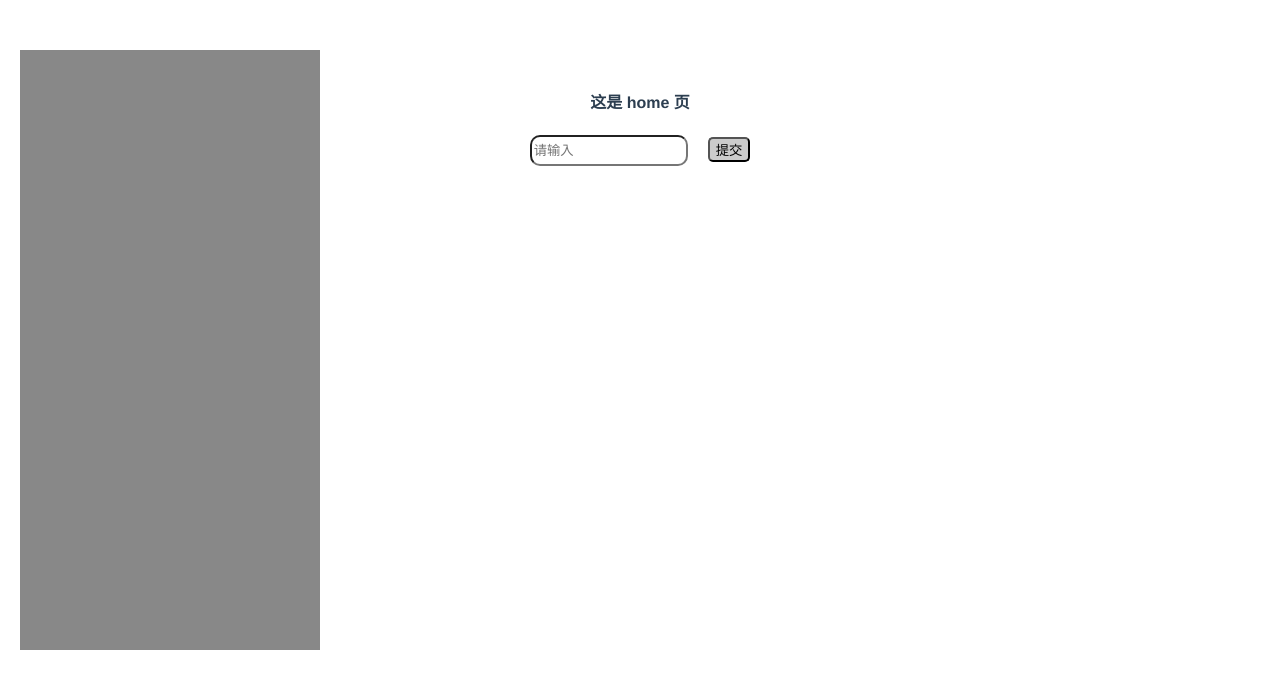
Repository: z-xy-git/demofirst
Page: /
An editor plug-in stored every save of this project. The page is shown before and after the next save, followed by the edit.
The browser window is 1280 px wide. The pictures show the whole page.
The project was rebuilt for these pictures with package versions that can differ from the ones it lists, and the page was loaded fresh each time.

Above is the page before, as saved 2021-02-25 11:34:58.

### src/App.vue
<template>
  <div id="app">
    <div id="nav">
    </div>
    <router-view/>
  </div>
</template>

<style>
#app {
  font-family: Avenir, Helvetica, Arial, sans-serif;
  -webkit-font-smoothing: antialiased;
  -moz-osx-font-smoothing: grayscale;
  text-align: center;
  color: #2c3e50;
}

#nav {
  padding: 30px;
}

#nav a {
  font-weight: bold;
  color: #2c3e50;
}

#nav a.router-link-exact-active {
  color: #42b983;
}
</style>

### src/views/Home.vue
<template>
  <div class="home">
    <h4>这是 home 页</h4>
    <input type="text" v-model="inputData" placeholder="请输入" class="input-style">
    <button @click="btnclick" class="btn-style">提交</button>

    <div class="show-data">
      <p class="p" v-for="(item) in inputDataArr" :key="item">{{item}}</p>
    </div>
  </div>
</template>

<script>
// @ is an alias to /src

export default {
  name: 'Home',
  components: {
  },
  data(){
    return{
      inputData: '',
      inputDataArr: []
    }
  },
  methods:{
    btnclick() {
      // this.$router.push('/about');
      console.log(this.inputData);
      // this.$el.querySelector('.p').innerHTML = this.inputData;
      this.inputDataArr.push(this.inputData);
    }
  }
}
</script>
<style>
  .input-style{
    margin-right: 20px;
    outline: none;
    border-radius: 10px;
    width: 150px;
    height: 25px;
  }
  .btn-style{
    outline: none;
    border-radius: 5px;
    background-color: #ccc;
  }
  .show-data{
    position: absolute;
    left: 20px;
    top: 50px;
    width: 300px;
    height: 600px;
    background-color: #888;
    color: #fff;
  }
</style>

Loaded but not shown: public/index.html (common file); src/main.js (common file); src/router/index.js (common file); src/store/index.js (common file)

After the next save:
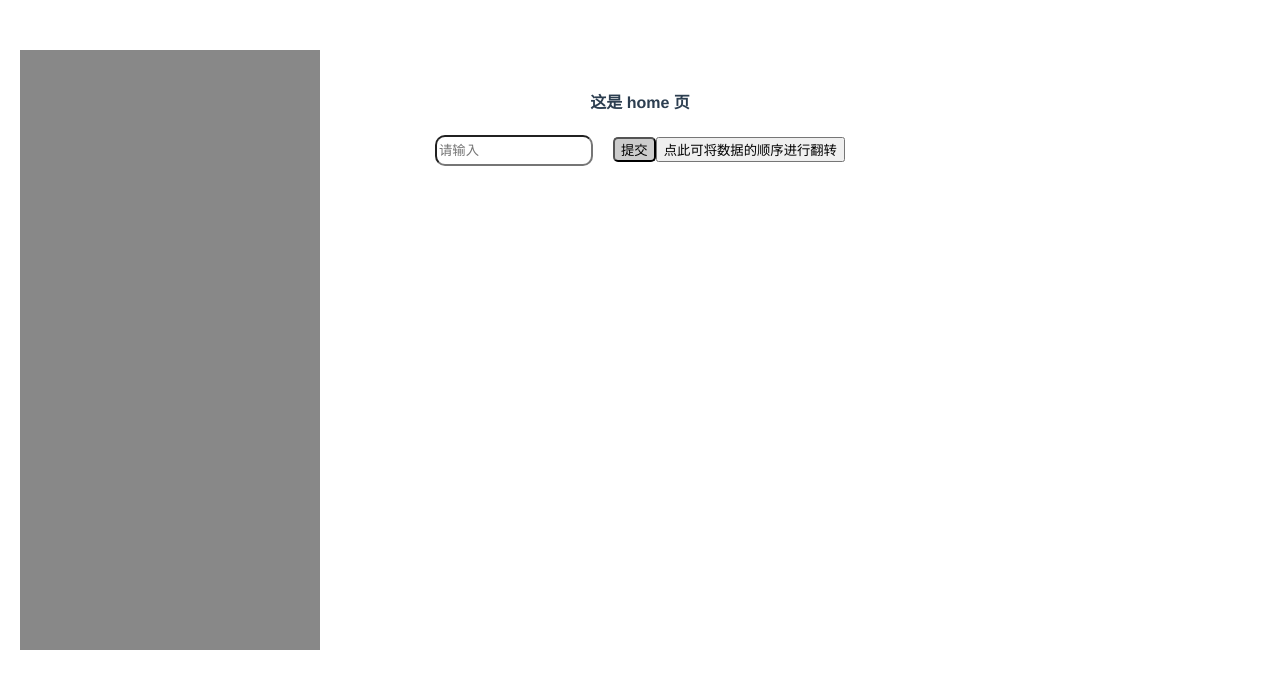
Saved 2 min 17 s later.
--- a/src/views/Home.vue
+++ b/src/views/Home.vue
@@ -3,7 +3,7 @@
     <h4>这是 home 页</h4>
     <input type="text" v-model="inputData" placeholder="请输入" class="input-style">
     <button @click="btnclick" class="btn-style">提交</button>
-
+    <button @click="reverseItemData">点此可将数据的顺序进行翻转</button>
     <div class="show-data">
       <p class="p" v-for="(item) in inputDataArr" :key="item">{{item}}</p>
     </div>
